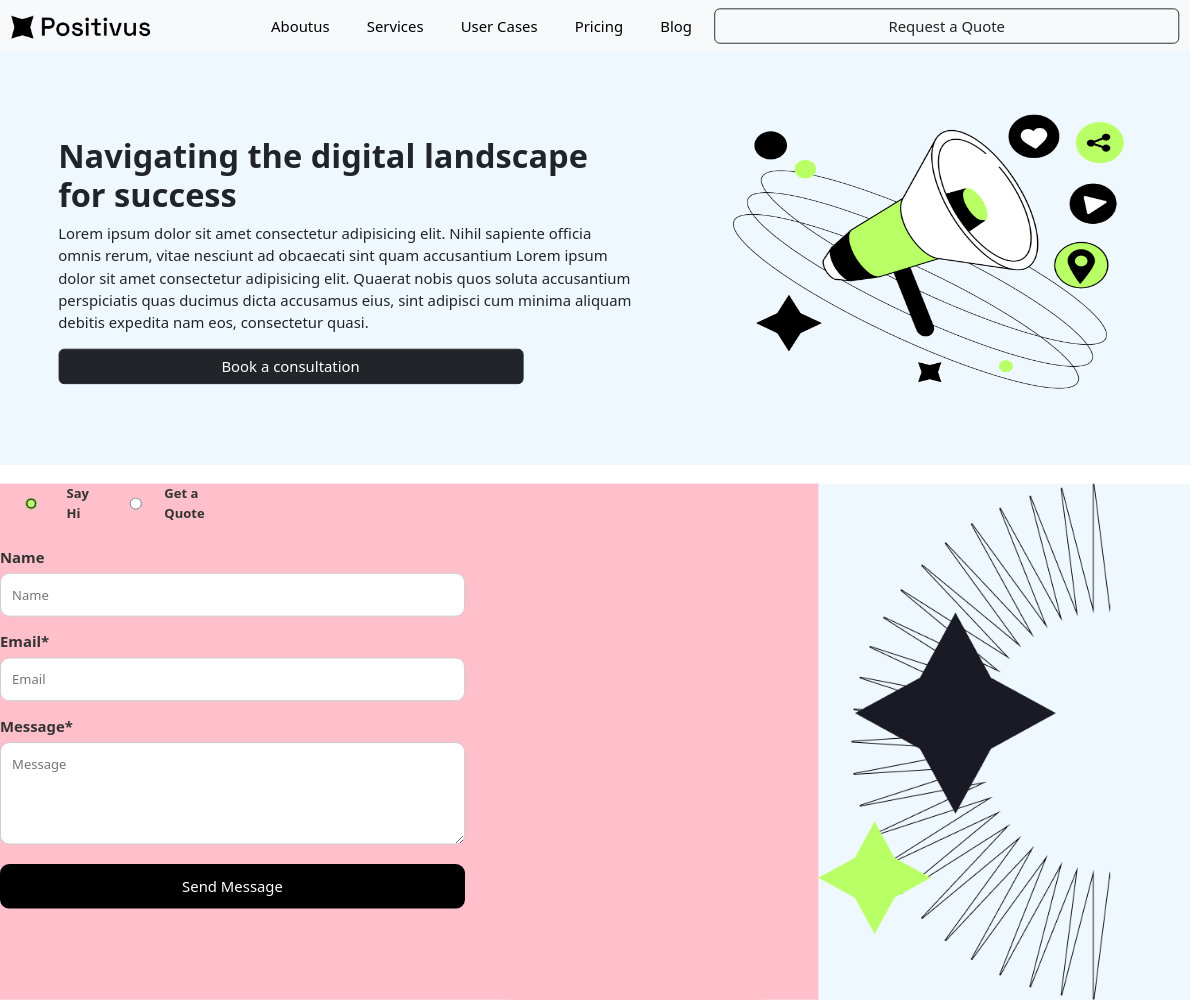
Repository: inshaabbas/CSS-Hackathon-SMIT
Page: index.html
These files come from the project's save history. The page is drawn as it stood at one moment and after the next save; the edit follows.
The browser window is 1280 px wide. The pictures show the whole page, at 93% of full size.

Above is the page before, as saved 2025-06-25 10:01:59.

After the next save:
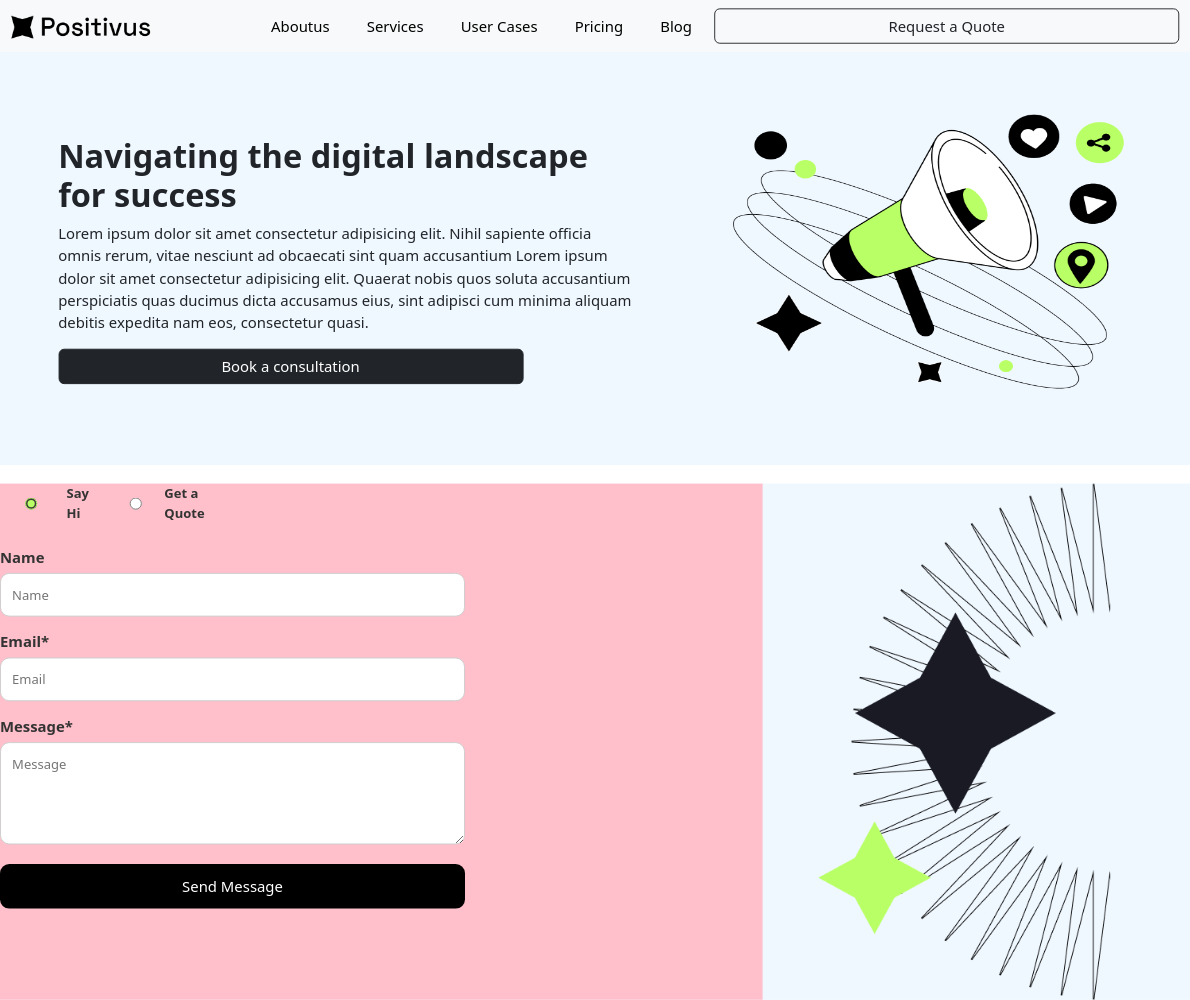
Saved 4 s later.
--- a/style.css
+++ b/style.css
@@ -53,7 +53,7 @@
 .contact-section{
     display: flex;
     justify-content: space-between;
-    gap: 0px;
+    gap: 60px;
     /* height: 400px; */
     height: auto;
     background-color: aliceblue;
